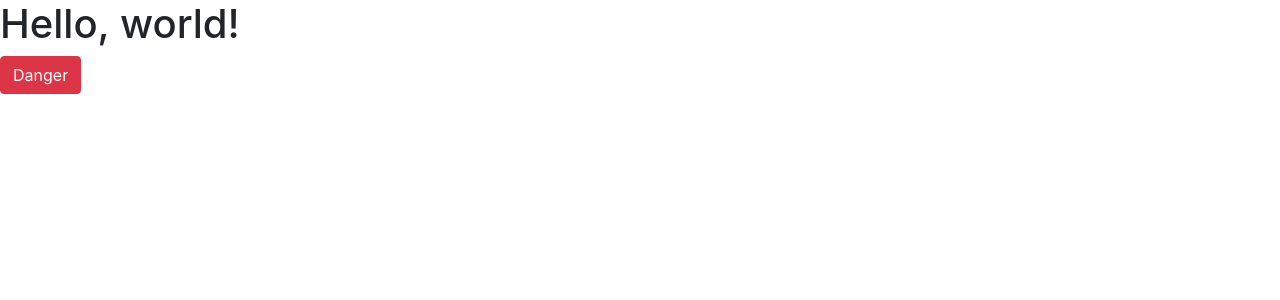
Repository: songeunleee/TodoApp
Page: index.html
An editor plug-in stored every save of this project. The page is shown before and after the next save, followed by the edit.
The browser window is 1280 px wide. The pictures show the whole page.

Above is the page before, as saved 2023-04-14 01:19:25.

After the next save:
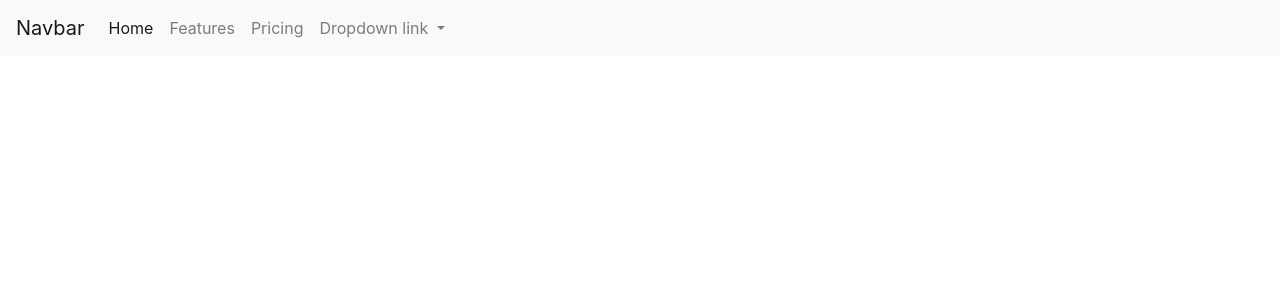
Saved 2 min 14 s later.
--- a/index.html
+++ b/index.html
@@ -11,8 +11,40 @@
     <title>Hello, world!</title>
   </head>
   <body>
-    <h1>Hello, world!</h1>
-    <button type="button" class="btn btn-danger">Danger</button>
+
+    <nav class="navbar navbar-expand-lg navbar-light bg-light">
+        <a class="navbar-brand" href="#">Navbar</a>
+        <button class="navbar-toggler" type="button" data-toggle="collapse" data-target="#navbarNavDropdown" aria-controls="navbarNavDropdown" aria-expanded="false" aria-label="Toggle navigation">
+          <span class="navbar-toggler-icon"></span>
+        </button>
+        <div class="collapse navbar-collapse" id="navbarNavDropdown">
+          <ul class="navbar-nav">
+            <li class="nav-item active">
+              <a class="nav-link" href="#">Home <span class="sr-only">(current)</span></a>
+            </li>
+            <li class="nav-item">
+              <a class="nav-link" href="#">Features</a>
+            </li>
+            <li class="nav-item">
+              <a class="nav-link" href="#">Pricing</a>
+            </li>
+            <li class="nav-item dropdown">
+              <a class="nav-link dropdown-toggle" href="#" role="button" data-toggle="dropdown" aria-expanded="false">
+                Dropdown link
+              </a>
+              <div class="dropdown-menu">
+                <a class="dropdown-item" href="#">Action</a>
+                <a class="dropdown-item" href="#">Another action</a>
+                <a class="dropdown-item" href="#">Something else here</a>
+              </div>
+            </li>
+          </ul>
+        </div>
+      </nav>
+
+
+
+
     <!-- Optional JavaScript; choose one of the two! -->
 
     <!-- Option 1: jQuery and Bootstrap Bundle (includes Popper) -->
